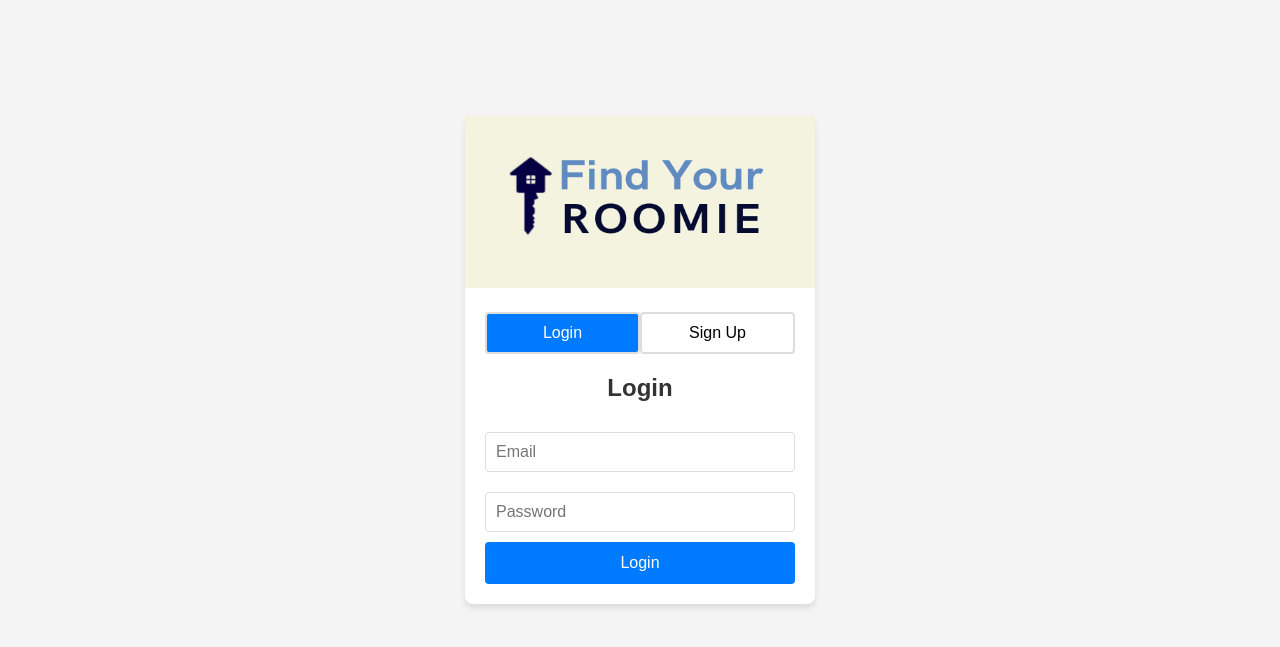
Repository: Sanjana-Inapakolla/Find-your-Roomie-website
Page: mini-project(jfst)/MiniProject/src/main/webapp/Login_signup.html
An editor plug-in stored every save of this project. The page is shown before and after the next save, followed by the edit.
The browser window is 1280 px wide. The pictures show the whole page.

Above is the page before, as saved 2024-11-13 09:38:40.

### mini-project(jfst)/MiniProject/src/main/webapp/Login_signup.html
<!DOCTYPE html>
<html lang="en">
<head>
    <meta charset="UTF-8">
    <meta name="viewport" content="width=device-width, initial-scale=1.0">
    <title>Roommate Finder</title>
    <link rel="stylesheet" href="styles.css">
</head>
<body>

    <div class="container">
    <img src="images/logo.png" height =172 width=350>
        <div class="form-container">
            <div class="form-switch">
                <button class="switch-btn active" id="login-btn">Login</button>
                <button class="switch-btn" id="signup-btn">Sign Up</button>
            </div>

            <!-- Login Form -->
            <form id="login-form" class="form active" action="auth/login">
                <h2>Login</h2>
                <input type="email" name="email" placeholder="Email" required>
                <input type="password" name="password" placeholder="Password" required>
                <button type="submit" id="login" value="login">Login</button>
            </form>

            <!-- Sign Up Form -->
            <form id="signup-form" class="form" action="auth/register">
                <h2>Sign Up</h2>
                <input type="text" name="username" placeholder="Username" required>
                <input type="email" name="signupemail" placeholder="Email" required>
                <input type="password" name="signuppassword" placeholder="Password" required>
                <input type="password" name="confirmPassword" placeholder="Confirm Password" required>
                <button type="submit" id="signup" value="signup">Sign Up</button>
            </form>
            <div id="error"></div>
        </div>
    </div>

    <script src="https://ajax.googleapis.com/ajax/libs/jquery/3.6.0/jquery.min.js"></script>
    <script>
        document.getElementById('login-btn').addEventListener('click', function() {
    	$('#error').text("");
        document.getElementById('login-form').classList.add('active');
        document.getElementById('signup-form').classList.remove('active');
        document.getElementById('login-btn').classList.add('active');
        document.getElementById('signup-btn').classList.remove('active');
    });

    document.getElementById('signup-btn').addEventListener('click', function() {
    	$('#error').text("");
        document.getElementById('signup-form').classList.add('active');
        document.getElementById('login-form').classList.remove('active');
        document.getElementById('signup-btn').classList.add('active');
        document.getElementById('login-btn').classList.remove('active');
    });
    $(document).ready(function() {
        // Attach the click event directly to the submit button
        $('#signup').click(function(event) {
            event.preventDefault();  // Prevent form submission
            $('#error').text("");  // Clear previous error

            // Get values from the form inputs
            var email = $('input[name=signupemail]').val();
            var username = $('input[name="username"]').val();
            var password = $('input[name="signuppassword"]').val();
            var confirmPassword = $('input[name="confirmPassword"]').val();
            if (!password) { console.log("Password is empty."); }

            // Password validation
            var passwordValidation = /^(?=.*[A-Za-z])(?=.*\d)(?=.*[!@#$%^&*])[A-Za-z\d!@#$%^&*]{8,20}$/;

            // Validate the password format
            if (!passwordValidation.test(password)) {
                $('#error').text("Password must be between 8-20 characters and contain at least one letter, one digit, and one special character.");
                console.log('Password format invalid');
                return false;
            } else if (confirmPassword !== password) {
                $('#error').text("Passwords must match!");
                console.log('Passwords do not match');
                return false;
            } else {
                $('#error').text(""); // Clear previous error

                // If validation passes, submit the data via AJAX
                $.ajax({
                    url: 'auth/register',
                    method: 'POST',
                    data: {
                        username: username,
                        password: password,
                        email: email
                    },
                    complete: function(jqXHR) {
                        if (jqXHR.status === 200) {
                            alert("Signup successful!");
                            window.location = "form.html"
                        } else {
                            if(jqXHR.status=== 409){
                            	alert("Username or email already exists")
                            }
                            else{
                            	alert("Something went wrong!")
                            }
                        }
                    },
                    error: function() {
                        alert('Error connecting to server.');
                    }
                });
            }
        });
        $('#login').click(function(event){
        	event.preventDefault();

        	var email = $('input[name="email"]').val()
        	var password = $('input[name="password"]').val()
        	$('#error').text("");
        	$.ajax({
        		url: 'auth/login',
        		method: 'POST',
        		data: {
        			email: email,
        			password: password
        			},
        		complete: function(jqXHR){
        			if(jqXHR.status === 200){
        				alert('login successful!')
        				window.location = "home.html"
        			}
        			else if(jqXHR.status===404){
        				alert('login failed! No such user found')
        			}
        			else if(jqXHR.status===401){
        				alert('Wrong Password!')
        			}
        			else{
        				alert('Something went wrong!')
        			}
        		}
        	})
        });
    });

    </script>
</body>
</html>

### mini-project(jfst)/MiniProject/src/main/webapp/styles.css
@charset "ISO-8859-1";
* {
    margin: 0;
    padding: 0;
    box-sizing: border-box;
}

body {
    font-family: Arial, sans-serif;
    background-color: #f4f4f4;
    display: flex;
    justify-content: center;
    align-items: center;
    height: 100vh;
}

.container {
    background-color: #ffffff;
    width: 350px;
    border-radius: 8px;
    box-shadow: 0 4px 6px rgba(0, 0, 0, 0.1);
}

.form-container {
    padding: 20px;
}

.form-switch {
    display: flex;
    justify-content: space-around;
    margin-bottom: 20px;
}

.switch-btn {
    background-color: transparent;
    border: 2px solid #ddd;
    padding: 10px 20px;
    font-size: 16px;
    cursor: pointer;
    transition: background-color 0.3s;
    color: black;
}

.switch-btn:hover {
    background-color: #f0f0f0;
}

.switch-btn.active {
    background-color: #007bff;
    color: white;
}

.form {
    display: none;
}

.form.active {
    display: block;
}

form h2 {
    text-align: center;
    margin-bottom: 20px;
    color: #333;
}

input[type="email"],
input[type="text"],
input[type="password"] {
    width: 100%;
    padding: 10px;
    margin: 10px 0;
    border: 1px solid #ddd;
    border-radius: 4px;
    font-size: 16px;
}

button {
    width: 100%;
    padding: 12px;
    background-color: #007bff;
    color: white;
    border: none;
    border-radius: 4px;
    font-size: 16px;
    cursor: pointer;
    transition: background-color 0.3s;
}

button:hover {
    background-color: #0056b3;
}

After the next save:
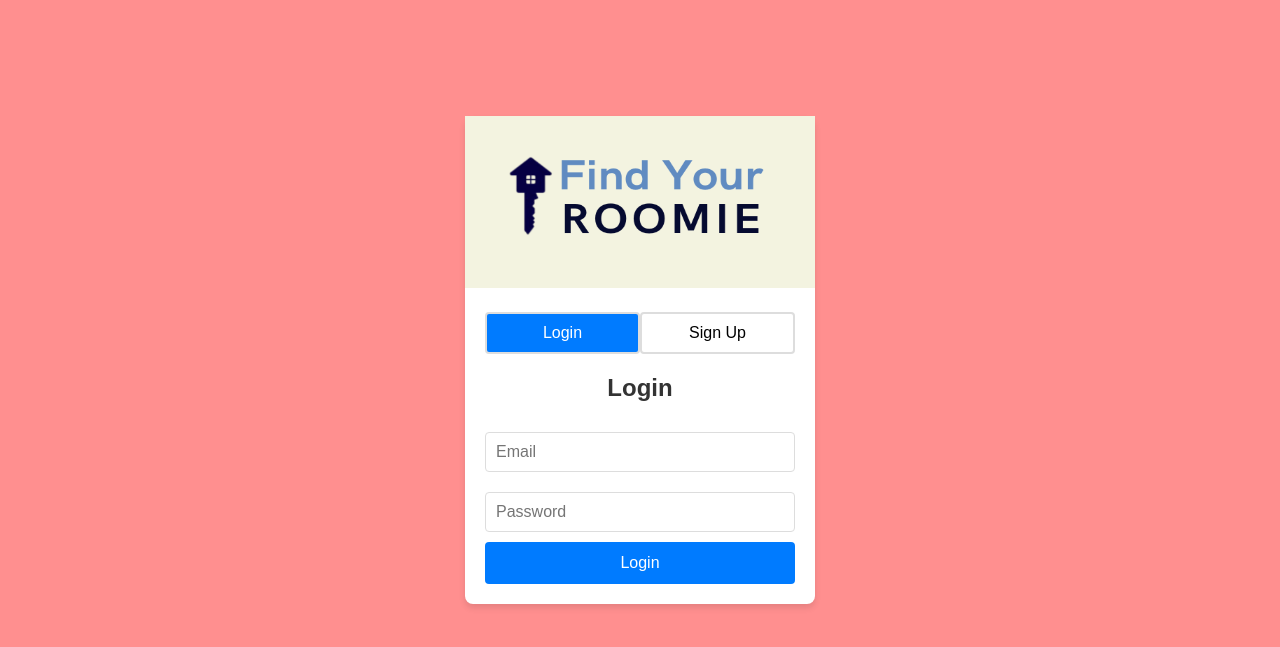
Saved 2 min 32 s later.
--- a/mini-project(jfst)/MiniProject/src/main/webapp/styles.css
+++ b/mini-project(jfst)/MiniProject/src/main/webapp/styles.css
@@ -7,7 +7,7 @@
 
 body {
     font-family: Arial, sans-serif;
-    background-color: #f4f4f4;
+    background-color: #ff8f8f;
     display: flex;
     justify-content: center;
     align-items: center;
